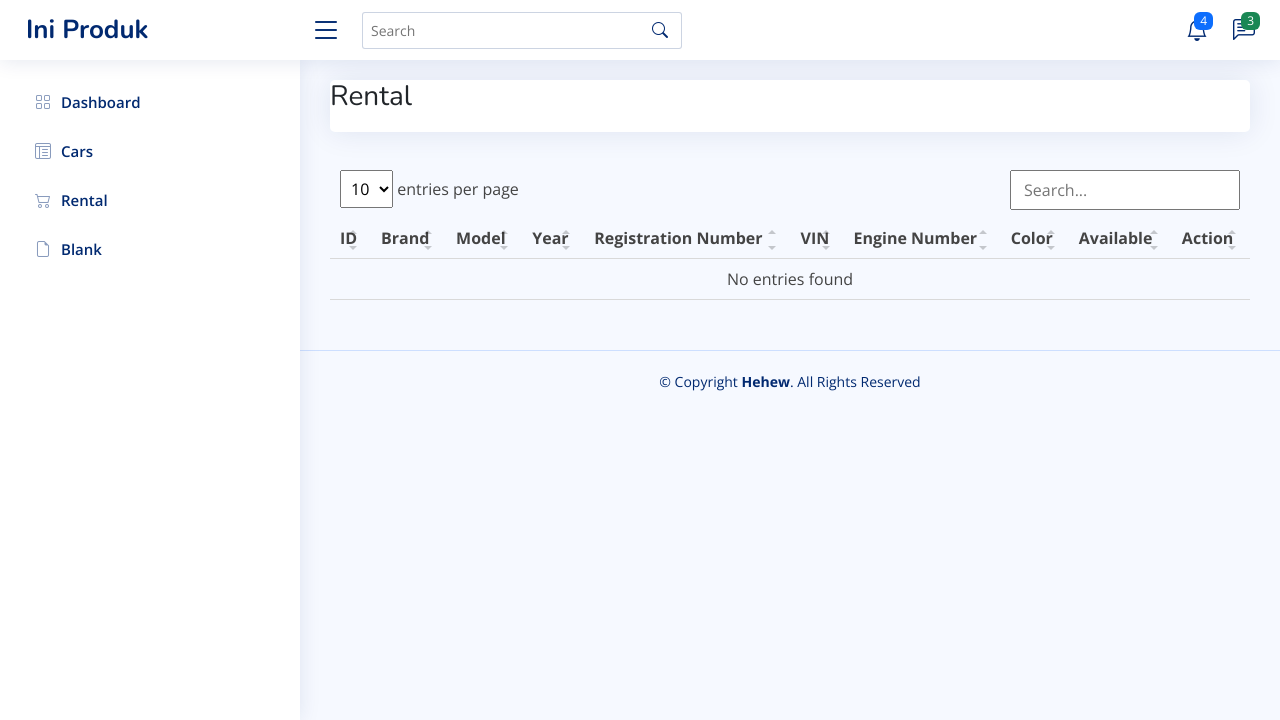
Repository: Jistoper/car_rental
Page: resources/views/backsite/content/rent/renttable.blade.php
These files come from the project's save history. The page is drawn as it stood at one moment and after the next save; the edit follows.
The browser window is 1280 px wide. The pictures show the whole page.
The page is served by the project's Laravel application, run on PHP 8.4 with Laravel 9. Other server files are loaded and not shown. The template is opened directly, without the code that normally fills it, so the values that code supplies are empty.

Above is the page before, as saved 2023-06-25 16:19:52.

### routes/web.php
<?php

use Illuminate\Support\Facades\Route;
use App\Http\Controllers\carcontroller;

/*
|--------------------------------------------------------------------------
| Web Routes
|--------------------------------------------------------------------------
|
| Here is where you can register web routes for your application. These
| routes are loaded by the RouteServiceProvider within a group which
| contains the "web" middleware group. Now create something great!
|
*/

Route::get('/dashboard', function () {
    return view('backsite.dashboard');
})->name('dashboard');

Route::controller(CarController::class)->as('car.')->group(function(){
    Route::get('/car', 'getall')->name('getall');
    Route::get('/create', 'create')->name('create');
    Route::post('/create', 'storeCar')->name('store');
    Route::get('/edit', 'editView')->name('edit');
    Route::post('/edit', 'storeEdit')->name('storeEdit');
    Route::delete('/car_delete_', 'delete')->name('delete');

    Route::get('/rent', 'getList')->name('getList');
    Route::get('/rent_car', 'rentView')->name('rentView');
    Route::post('/car/rent/{$car_id}', 'storeRent')->name('storeRent');
});

### resources/views/backsite/content/rent/renttable.blade.php
@extends('backsite.dashboard')

@section('content')

<div>
    <div class="card">
        <div class="pagetitle">
            <h3>Rental</h3>
        </div>
    </div>
    <table class="table datatable">
        <thead>
          <tr>
            <th scope="col">ID</th>
            <th scope="col">Brand</th>
            <th scope="col">Model</th>
            <th scope="col">Year</th>
            <th scope="col">Registration Number</th>
            <th scope="col">VIN</th>
            <th scope="col">Engine Number</th>
            <th scope="col">Color</th>
            <th scope="col">Available</th>
            <th scope="col">Action</th>
          </tr>
        </thead>
        <tbody>
            @foreach($Cars as $cars)
                <tr>
                    <td>{{ $cars['car_id'] }}</td>
                    <td>{{ $cars['brand'] }}</td>
                    <td>{{ $cars['model'] }}</td>
                    <td>{{ $cars['year'] }}</td>
                    <td>{{ $cars['registration_number'] }}</td>
                    <td>{{ $cars['vin'] }}</td>
                    <td>{{ $cars['engine_number'] }}</td>
                    <td>{{ $cars['color'] }}</td>
                    <td>{{ $cars['is_available'] ? 'Yes' : 'No' }}</td>
                    <td>
                        <form action="{{ route('car.rentView') }}" class="d-inline" method="POST">
                            @csrf
                            @method('GET')
                            <input type="hidden" name="car_id" value="{{ $cars['car_id'] }}">
                            <input type="hidden" name="brand" value="{{ $cars['brand'] }}">
                            <input type="hidden" name="model" value="{{ $cars['model'] }}">
                            <input type="hidden" name="registration_number" value="{{ $cars['registration_number'] }}">
                            <input type="hidden" name="color" value="{{ $cars['color'] }}">
                            <button class="btn btn-sm rounded-pill btn-outline-secondary" type="submit" name='submit'>Rent</button>
                        </form>
                    </td>
                </tr>
            @endforeach
        </tbody>
    </table>
</div>

@endsection

### resources/views/backsite/partials/header.blade.php
<header id="header" class="header fixed-top d-flex align-items-center">
    <div class="d-flex align-items-center justify-content-between">
      <a href="{{ route('dashboard') }}" class="logo d-flex align-items-center">
        <img src="assets/img/logo.png" alt="">
        <span class="d-none d-lg-block">Ini Produk</span>
      </a>
      <i class="bi bi-list toggle-sidebar-btn"></i>
    </div><!-- End Logo -->

    <div class="search-bar">
      <form class="search-form d-flex align-items-center" method="POST" action="#">
        <input type="text" name="query" placeholder="Search" title="Enter search keyword">
        <button type="submit" title="Search"><i class="bi bi-search"></i></button>
      </form>
    </div><!-- End Search Bar -->

    <nav class="header-nav ms-auto">
      <ul class="d-flex align-items-center">

        <li class="nav-item d-block d-lg-none">
          <a class="nav-link nav-icon search-bar-toggle " href="#">
            <i class="bi bi-search"></i>
          </a>
        </li><!-- End Search Icon-->

        <li class="nav-item dropdown">

          <a class="nav-link nav-icon" href="#" data-bs-toggle="dropdown">
            <i class="bi bi-bell"></i>
            <span class="badge bg-primary badge-number">4</span>
          </a><!-- End Notification Icon -->

          <ul class="dropdown-menu dropdown-menu-end dropdown-menu-arrow notifications">
            <li class="dropdown-header">
              You have 4 new notifications
              <a href="#"><span class="badge rounded-pill bg-primary p-2 ms-2">View all</span></a>
            </li>
            <li>
              <hr class="dropdown-divider">
            </li>

            <li class="notification-item">
              <i class="bi bi-exclamation-circle text-warning"></i>
              <div>
                <h4>Lorem Ipsum</h4>
                <p>Quae dolorem earum veritatis oditseno</p>
                <p>30 min. ago</p>
              </div>
            </li>

            <li>
              <hr class="dropdown-divider">
            </li>

            <li class="notification-item">
              <i class="bi bi-x-circle text-danger"></i>
              <div>
                <h4>Atque rerum nesciunt</h4>
                <p>Quae dolorem earum veritatis oditseno</p>
                <p>1 hr. ago</p>
              </div>
            </li>

            <li>
              <hr class="dropdown-divider">
            </li>

            <li class="notification-item">
              <i class="bi bi-check-circle text-success"></i>
              <div>
                <h4>Sit rerum fuga</h4>
                <p>Quae dolorem earum veritatis oditseno</p>
                <p>2 hrs. ago</p>
              </div>
            </li>

            <li>
              <hr class="dropdown-divider">
            </li>

            <li class="notification-item">
              <i class="bi bi-info-circle text-primary"></i>
              <div>
                <h4>Dicta reprehenderit</h4>
                <p>Quae dolorem earum veritatis oditseno</p>
                <p>4 hrs. ago</p>
              </div>
            </li>

            <li>
              <hr class="dropdown-divider">
            </li>
            <li class="dropdown-footer">
              <a href="#">Show all notifications</a>
            </li>

          </ul><!-- End Notification Dropdown Items -->

        </li><!-- End Notification Nav -->

        <li class="nav-item dropdown">

          <a class="nav-link nav-icon" href="#" data-bs-toggle="dropdown">
            <i class="bi bi-chat-left-text"></i>
            <span class="badge bg-success badge-number">3</span>
          </a><!-- End Messages Icon -->

          <ul class="dropdown-menu dropdown-menu-end dropdown-menu-arrow messages">
            <li class="dropdown-header">
              You have 3 new messages
              <a href="#"><span class="badge rounded-pill bg-primary p-2 ms-2">View all</span></a>
            </li>
            <li>
              <hr class="dropdown-divider">
            </li>

            <li class="message-item">
              <a href="#">
                <img src="assets/img/messages-1.jpg" alt="" class="rounded-circle">
                <div>
                  <h4>Maria Hudson</h4>
                  <p>Velit asperiores et ducimus soluta repudiandae labore officia est ut...</p>
                  <p>4 hrs. ago</p>
                </div>
              </a>
            </li>
            <li>
              <hr class="dropdown-divider">
            </li>

            <li class="message-item">
              <a href="#">
                <img src="assets/img/messages-2.jpg" alt="" class="rounded-circle">
                <div>
                  <h4>Anna Nelson</h4>
                  <p>Velit asperiores et ducimus soluta repudiandae labore officia est ut...</p>
                  <p>6 hrs. ago</p>
                </div>
              </a>
            </li>
            <li>
              <hr class="dropdown-divider">
            </li>

            <li class="message-item">
              <a href="#">
                <img src="assets/img/messages-3.jpg" alt="" class="rounded-circle">
                <div>
                  <h4>David Muldon</h4>
                  <p>Velit asperiores et ducimus soluta repudiandae labore officia est ut...</p>
                  <p>8 hrs. ago</p>
                </div>
              </a>
            </li>
            <li>
              <hr class="dropdown-divider">
            </li>

            <li class="dropdown-footer">
              <a href="#">Show all messages</a>
            </li>

          </ul><!-- End Messages Dropdown Items -->

        </li><!-- End Messages Nav -->

        {{-- <li class="nav-item dropdown pe-3">

          <a class="nav-link nav-profile d-flex align-items-center pe-0" href="#" data-bs-toggle="dropdown">
            <img src="assets/img/profile-img.jpg" alt="Profile" class="rounded-circle">
            <span class="d-none d-md-block dropdown-toggle ps-2">K. Anderson</span>
          </a>

          <ul class="dropdown-menu dropdown-menu-end dropdown-menu-arrow profile">
            <li class="dropdown-header">
              <h6>Kevin Anderson</h6>
              <span>Web Designer</span>
            </li>
            <li>
              <hr class="dropdown-divider">
            </li>

            <li>
              <a class="dropdown-item d-flex align-items-center" href="users-profile.html">
                <i class="bi bi-person"></i>
                <span>My Profile</span>
              </a>
            </li>
            <li>
              <hr class="dropdown-divider">
            </li>

            <li>
              <a class="dropdown-item d-flex align-items-center" href="users-profile.html">
                <i class="bi bi-gear"></i>
                <span>Account Settings</span>
              </a>
            </li>
            <li>
              <hr class="dropdown-divider">
            </li>

            <li>
              <a class="dropdown-item d-flex align-items-center" href="pages-faq.html">
                <i class="bi bi-question-circle"></i>
                <span>Need Help?</span>
              </a>
            </li>
            <li>
              <hr class="dropdown-divider">
            </li>

            <li>
              <a class="dropdown-item d-flex align-items-center" href="#">
                <i class="bi bi-box-arrow-right"></i>
                <span>Sign Out</span>
              </a>
            </li>

          </ul><!-- End Profile Dropdown Items -->
        </li><!-- End Profile Nav --> --}}

      </ul>
    </nav><!-- End Icons Navigation -->
</header>

### resources/views/backsite/partials/sidebar.blade.php
<aside id="sidebar" class="sidebar">

    <ul class="sidebar-nav" id="sidebar-nav">

      <li class="nav-item">
        <a class="nav-link collapsed" href="{{ route('dashboard') }}">
          <i class="bi bi-grid"></i>
          <span>Dashboard</span>
        </a>
      </li><!-- End Dashboard Nav -->

      <li class="nav-item">
        <a class="nav-link collapsed" href="{{ route('car.getall') }}">
          <i class="bi bi-layout-text-window-reverse"></i><span>Cars</span>
        </a>
      </li>

      <li class="nav-item">
        <a class="nav-link collapsed" href="{{ route('car.getList') }}">
          <i class="bi bi-cart2"></i><span>Rental</span>
        </a>
      </li>

      {{-- <li class="nav-item">
        <a class="nav-link collapsed" data-bs-target="#forms-nav" data-bs-toggle="collapse" href="#">
          <i class="bi bi-journal-text"></i><span>Forms</span><i class="bi bi-chevron-down ms-auto"></i>
        </a>
        <ul id="forms-nav" class="nav-content collapse " data-bs-parent="#sidebar-nav">
          <li>
            <a href="forms-elements.html">
              <i class="bi bi-circle"></i><span>Form Elements</span>
            </a>
          </li>
          <li>
            <a href="forms-layouts.html">
              <i class="bi bi-circle"></i><span>Form Layouts</span>
            </a>
          </li>
          <li>
            <a href="forms-editors.html">
              <i class="bi bi-circle"></i><span>Form Editors</span>
            </a>
          </li>
          <li>
            <a href="forms-validation.html">
              <i class="bi bi-circle"></i><span>Form Validation</span>
            </a>
          </li>
        </ul>
      </li>

      <li class="nav-item">
        <a class="nav-link collapsed" data-bs-target="#icons-nav" data-bs-toggle="collapse" href="#">
          <i class="bi bi-gem"></i><span>Icons</span><i class="bi bi-chevron-down ms-auto"></i>
        </a>
        <ul id="icons-nav" class="nav-content collapse " data-bs-parent="#sidebar-nav">
          <li>
            <a href="icons-bootstrap.html">
              <i class="bi bi-circle"></i><span>Bootstrap Icons</span>
            </a>
          </li>
          <li>
            <a href="icons-remix.html">
              <i class="bi bi-circle"></i><span>Remix Icons</span>
            </a>
          </li>
          <li>
            <a href="icons-boxicons.html">
              <i class="bi bi-circle"></i><span>Boxicons</span>
            </a>
          </li>
        </ul>
      </li>

      <li class="nav-heading">Pages</li>

      <li class="nav-item">
        <a class="nav-link collapsed" href="users-profile.html">
          <i class="bi bi-person"></i>
          <span>Profile</span>
        </a>
      </li>

      <li class="nav-item">
        <a class="nav-link collapsed" href="pages-faq.html">
          <i class="bi bi-question-circle"></i>
          <span>F.A.Q</span>
        </a>
      </li>

      <li class="nav-item">
        <a class="nav-link collapsed" href="pages-contact.html">
          <i class="bi bi-envelope"></i>
          <span>Contact</span>
        </a>
      </li>

      <li class="nav-item">
        <a class="nav-link collapsed" href="pages-register.html">
          <i class="bi bi-card-list"></i>
          <span>Register</span>
        </a>
      </li>

      <li class="nav-item">
        <a class="nav-link collapsed" href="pages-login.html">
          <i class="bi bi-box-arrow-in-right"></i>
          <span>Login</span>
        </a>
      </li>

      <li class="nav-item">
        <a class="nav-link collapsed" href="pages-error-404.html">
          <i class="bi bi-dash-circle"></i>
          <span>Error 404</span>
        </a>
      </li> --}}

      <li class="nav-item">
        <a class="nav-link collapsed" href="pages-blank.html">
          <i class="bi bi-file-earmark"></i>
          <span>Blank</span>
        </a>
      </li>

    </ul>

  </aside><!-- End Sidebar-->

### public/assets/simple-datatables/style.css
.datatable-wrapper.no-header .datatable-container {
	border-top: 1px solid #d9d9d9;
}

.datatable-wrapper.no-footer .datatable-container {
	border-bottom: 1px solid #d9d9d9;
}

.datatable-top,
.datatable-bottom {
	padding: 8px 10px;
}

.datatable-top > nav:first-child,
.datatable-top > div:first-child,
.datatable-bottom > nav:first-child,
.datatable-bottom > div:first-child {
	float: left;
}

.datatable-top > nav:last-child,
.datatable-top > div:last-child,
.datatable-bottom > nav:last-child,
.datatable-bottom > div:last-child {
	float: right;
}

.datatable-selector {
	padding: 6px;
}

.datatable-input {
	padding: 6px 12px;
}

.datatable-info {
	margin: 7px 0;
}

/* PAGER */
.datatable-pagination ul {
	margin: 0;
	padding-left: 0;
}

.datatable-pagination li {
	list-style: none;
	float: left;
}

.datatable-pagination li.datatable-hidden {
    visibility: hidden;
}

.datatable-pagination a {
	border: 1px solid transparent;
	float: left;
	margin-left: 2px;
	padding: 6px 12px;
	position: relative;
	text-decoration: none;
	color: #333;
    cursor: pointer;
}

.datatable-pagination a:hover {
	background-color: #d9d9d9;
}

.datatable-pagination .datatable-active a,
.datatable-pagination .datatable-active a:focus,
.datatable-pagination .datatable-active a:hover {
	background-color: #d9d9d9;
	cursor: default;
}

.datatable-pagination .datatable-ellipsis a,
.datatable-pagination .datatable-disabled a,
.datatable-pagination .datatable-disabled a:focus,
.datatable-pagination .datatable-disabled a:hover {
    pointer-events: none;
    cursor: default;
}

.datatable-pagination .datatable-disabled a,
.datatable-pagination .datatable-disabled a:focus,
.datatable-pagination .datatable-disabled a:hover {
	cursor: not-allowed;
	opacity: 0.4;
}

.datatable-pagination .datatable-pagination a {
	font-weight: bold;
}

/* TABLE */
.datatable-table {
	max-width: 100%;
	width: 100%;
	border-spacing: 0;
	border-collapse: separate;
}

.datatable-table > tbody > tr > td,
.datatable-table > tbody > tr > th,
.datatable-table > tfoot > tr > td,
.datatable-table > tfoot > tr > th,
.datatable-table > thead > tr > td,
.datatable-table > thead > tr > th {
	vertical-align: top;
	padding: 8px 10px;
}

.datatable-table > thead > tr > th {
	vertical-align: bottom;
	text-align: left;
	border-bottom: 1px solid #d9d9d9;
}

.datatable-table > tfoot > tr > th {
	vertical-align: bottom;
	text-align: left;
	border-top: 1px solid #d9d9d9;
}

.datatable-table th {
	vertical-align: bottom;
	text-align: left;
}

.datatable-table th a {
	text-decoration: none;
	color: inherit;
}

.datatable-sorter, .datatable-filter {
	display: inline-block;
	height: 100%;
	position: relative;
	width: 100%;
}

.datatable-sorter::before,
.datatable-sorter::after {
	content: "";
	height: 0;
	width: 0;
	position: absolute;
	right: 4px;
	border-left: 4px solid transparent;
	border-right: 4px solid transparent;
	opacity: 0.2;
}


.datatable-sorter::before {
	border-top: 4px solid #000;
	bottom: 0px;
}

.datatable-sorter::after {
	border-bottom: 4px solid #000;
	border-top: 4px solid transparent;
	top: 0px;
}

.datatable-ascending .datatable-sorter::after,
.datatable-descending .datatable-sorter::before,
.datatable-ascending .datatable-filter::after,
.datatable-descending .datatable-filter::before {
	opacity: 0.6;
}

.datatable-filter::before {
    content: "";
    position: absolute;
    right: 4px;
    opacity: 0.2;
    width: 0;
    height: 0;
    border-left: 7px solid transparent;
    border-right: 7px solid transparent;
	border-radius: 50%;
    border-top: 10px solid #000;
    top: 25%;
}

.datatable-filter-active .datatable-filter::before {
    opacity: 0.6;
}

.datatable-empty {
	text-align: center;
}

.datatable-top::after, .datatable-bottom::after {
	clear: both;
	content: " ";
	display: table;
}

table.datatable-table:focus tr.datatable-cursor > td:first-child {
	border-left: 3px blue solid;
}

table.datatable-table:focus {
	outline: solid 1px black;
    outline-offset: -1px;
}

Loaded but not shown: public/assets/bootstrap/css/bootstrap.min.css (library); public/assets/bootstrap-icons/bootstrap-icons.css (library); public/assets/boxicons/css/boxicons.min.css (library); public/assets/apexcharts/apexcharts.min.js (library); public/assets/bootstrap/js/bootstrap.bundle.min.js (library); public/assets/chart.js/chart.umd.js (library); public/assets/echarts/echarts.min.js (library); public/assets/quill/quill.min.js (library); public/assets/simple-datatables/simple-datatables.js (library); public/assets/tinymce/tinymce.min.js (library); public/js/main.js (321 lines, source omitted); public/assets/php-email-form/validate.js (85 lines, source omitted); public/assets/remixicon/remixicon.css (2526 lines, source omitted); resources/views/backsite/dashboard.blade.php (740 lines, source omitted); public/assets/quill/quill.bubble.css (952 lines, source omitted); public/assets/quill/quill.snow.css (945 lines, source omitted); public/css/style.css (1233 lines, source omitted)

After the next save:
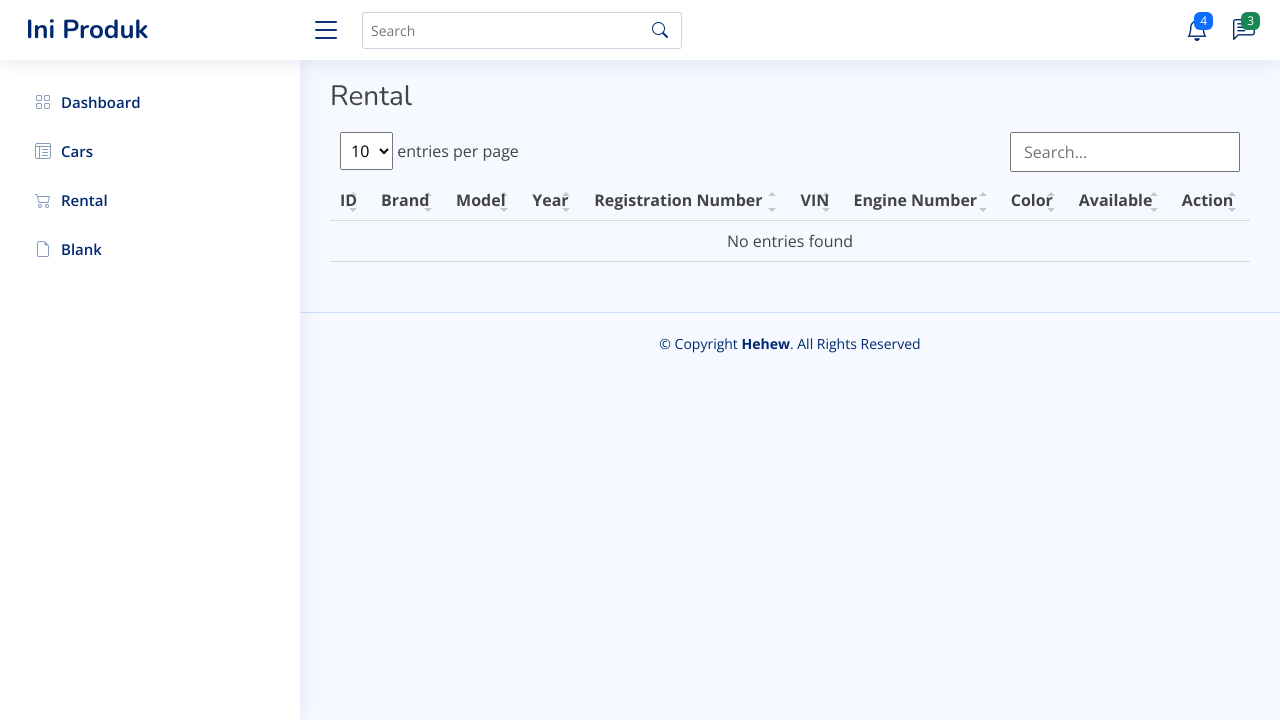
Saved 18 s later.
--- a/resources/views/backsite/content/rent/renttable.blade.php
+++ b/resources/views/backsite/content/rent/renttable.blade.php
@@ -3,10 +3,8 @@
 @section('content')
 
 <div>
-    <div class="card">
-        <div class="pagetitle">
-            <h3>Rental</h3>
-        </div>
+    <div class="pagetitle">
+        <h3>Rental</h3>
     </div>
     <table class="table datatable">
         <thead>
